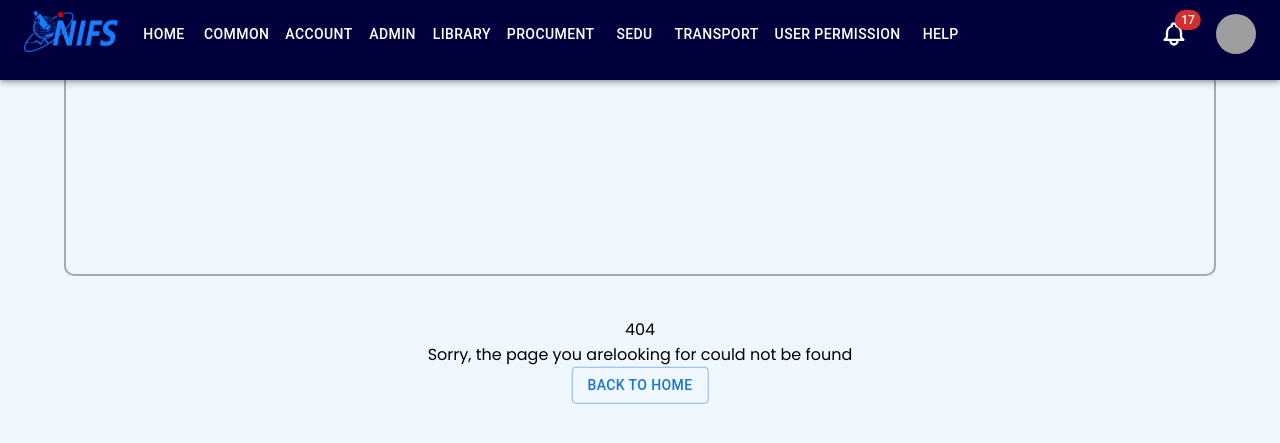
Repository: virangaj/NIFS-WebApp
Page: /error-404 (app in client/)
The author's editor kept a copy of each file at every save. The page is drawn from the files as they stood at one save, then again after the next save.
The browser window is 1280 px wide. The pictures show the whole page.
Pictures or frames that could not be fetched are drawn as grey boxes. The project was rebuilt for these pictures with package versions that can differ from the ones it lists, and the page was loaded fresh each time. Also part of the build but not shown: client/src/pages/Login.tsx, client/src/pages/Home.tsx, client/src/components/Transport/shared/TransportNavbar.js, client/src/pages/TransportMainPage.tsx, client/src/pages/CommonMainPage.tsx, client/src/pages/AccountMainPage.tsx, client/src/pages/AdminMainPage.tsx, client/src/pages/LibraryMainPage.js and 16 more.

Above is the page before, as saved 2022-07-27 20:25:39.

### client/public/index.html
<!DOCTYPE html>
<html lang="en">
	<head>
		<meta charset="utf-8" />
		<link rel="icon" href="nifs_logo.png" />
		<meta name="viewport" content="width=device-width, initial-scale=1" />
		<meta name="theme-color" content="#000000" />
		<meta
			name="description"
			content="Web site created using create-react-app"
		/>
		<link rel="apple-touch-icon" href="%PUBLIC_URL%/logo192.png" />
		<!--
      manifest.json provides metadata used when your web app is installed on a
      user's mobile device or desktop. See https://developers.google.com/web/fundamentals/web-app-manifest/
    -->
		<link rel="manifest" href="%PUBLIC_URL%/manifest.json" />
		<!--
      Notice the use of %PUBLIC_URL% in the tags above.
      It will be replaced with the URL of the `public` folder during the build.
      Only files inside the `public` folder can be referenced from the HTML.

      Unlike "/favicon.ico" or "favicon.ico", "%PUBLIC_URL%/favicon.ico" will
      work correctly both with client-side routing and a non-root public URL.
      Learn how to configure a non-root public URL by running `npm run build`.
    -->
		<link
			href="https://fonts.googleapis.com/css?family=Poppins"
			rel="stylesheet"
		/>
		<title>NIFS Dashboard</title>
	</head>
	<body>
		<noscript>You need to enable JavaScript to run this app.</noscript>
		<div id="root"></div>
		<!--
      This HTML file is a template.
      If you open it directly in the browser, you will see an empty page.

      You can add webfonts, meta tags, or analytics to this file.
      The build step will place the bundled scripts into the <body> tag.

      To begin the development, run `npm start` or `yarn start`.
      To create a production bundle, use `npm run build` or `yarn build`.
    -->
	</body>
</html>

### client/src/index.css
* {
  margin: 0;
}

body {
  font-family: 'Poppins';
  -webkit-font-smoothing: antialiased;
  -moz-osx-font-smoothing: grayscale;
  background-color: aliceblue;
}

:root {
  --main-navbar-back: #00003c;
  --nav-title-section-back: rgba(4, 70, 80, 0.616);
  --white: #fff;
  --black: #000;
  --gray: rgba(68, 68, 68, 0.432);
  --border-radius: 10px;
  --pimary: rgb(10, 94, 133);
  --warning: #ed3d63;
}


.nav-logo {
  width: 100px;
  height: auto;
}

a {
  text-decoration: none;
}


/* main navbar */
.main-navbar {
  background-color: var(--main-navbar-back) !important;
  width: 100% !important;
  height: 80px !important;

}



/* secondary navbar */
.secondary-navbar {
  margin-top: 10vh !important;
  margin: auto;
}

.nav-flex-section {
  display: flex;
  justify-content: center;
}

.nav-flex-inside {
  margin-left: 5px;
  margin-left: 5px;
}

.nav-title {
  font-size: 15px;
  text-align: center;
  color: var(--white);
  font-weight: 600;

}

.nav-title-section {
  border-radius: var(--border-radius);
  background-color: var(--nav-title-section-back);
  box-shadow: rgba(100, 100, 111, 0.2) 0px 7px 29px 0px;

}

.nav-icon {
  font-size: 30px;
}

.nav-link {
  display: flex;
  flex-direction: column;
  align-items: center;
  font-size: 15px;
  margin-left: 10px;
  margin-left: 10px;
  border: none;
  box-shadow: rgba(100, 100, 111, 0.2) 0px 7px 29px 0px;
  padding: 4px 8px 6px 8px;
  margin-bottom: 10px;
  text-align: center;
  width: 125px;
  border-radius: var(--border-radius);
  background-color: var(--white);
  outline: none;
  height: 100px;

}

.nav-link:hover {
  color: var(--pimary);
  cursor: pointer;
  box-shadow: rgba(81, 146, 177, 0.2) 0px 7px 29px 0px;
  background-color: rgb(254, 255, 205);
  border-bottom: 2px solid var(--warning);

}


.nav-link:active {
  color: var(--pimary);
  cursor: pointer;
  box-shadow: rgba(81, 146, 177, 0.2) 0px 7px 29px 0px;
  background-color: rgb(205, 248, 255);
  border-bottom: 2px solid var(--warning);
}

.nav-link-active {
  color: var(--pimary);
  cursor: pointer;
  box-shadow: rgba(81, 146, 177, 0.2) 0px 7px 29px 0px;
  background-color: rgb(205, 248, 255);
  border-bottom: 2px solid var(--warning);
}

/* body content */
.body-content {
  margin: auto;
  width: 90%;
  margin-top: 10vh;

}



/* error page */
.error-page {
  border: 2px solid var(--gray);
  border-radius: var(--border-radius);
  height: 200px;
}

.error-page-content {
  margin: 0;
  position: absolute;
  top: 50%;
  left: 50%;
  text-align: center;
  -ms-transform: translate(-50%, -50%);
  transform: translate(-50%, -50%);

}

### client/src/App.tsx
import React, { useEffect } from 'react';
import Navbar from './components/shared/Navbar';
import Login from './pages/Login'
import { BrowserRouter as Router, Route, Routes } from 'react-router-dom'
import Home from './pages/Home';
import TransportMainPage from './pages/TransportMainPage';
import CommonMainPage from './pages/CommonMainPage';
import AccountMainPage from './pages/AccountMainPage';
import AdminMainPage from './pages/AdminMainPage';
import LibraryMainPage from './pages/LibraryMainPage';
import ProcumentMainPage from './pages/ProcumentMainPage';
import SeduMainPage from './pages/SeduMainPage';
import UserPermissionMainPage from './pages/UserPermissionMainPage';
import NotificationMainPage from './pages/NotificationMainPage';
import HelpMainPage from './pages/HelpMainPage';
import ErrorPage from './pages/ErrorPage';

function App() {


  return (
    <Router>
      <Navbar />
      <Routes>

        <Route path="/login" element={<Login />} />
        <Route path="/" element={<Home />} />
        <Route path="/common/*" element={<CommonMainPage />} />
        <Route path="/account/*" element={<AccountMainPage />} />
        <Route path="/admin/*" element={<AdminMainPage />} />
        <Route path="/library/*" element={<LibraryMainPage />} />
        <Route path="/procument/*" element={<ProcumentMainPage />} />
        <Route path="/sedu/*" element={<SeduMainPage />} />
        <Route path="/transport/*" element={<TransportMainPage />} />
        <Route
          path="/user-permission/*"
          element={<UserPermissionMainPage />}
        />
        <Route
          path="/notification/*"
          element={<NotificationMainPage />}
        />
        <Route path="/help/*" element={<HelpMainPage />} />
        <Route path="/error-404" element={<ErrorPage />} />
      </Routes>


    </Router>
  );
}

export default App;

### client/src/components/shared/Navbar.tsx
import * as React from 'react';
import AppBar from '@mui/material/AppBar';
import Box from '@mui/material/Box';
import Toolbar from '@mui/material/Toolbar';
import IconButton from '@mui/material/IconButton';
import Typography from '@mui/material/Typography';
import Menu from '@mui/material/Menu';
import Container from '@mui/material/Container';
import Avatar from '@mui/material/Avatar';
import Button from '@mui/material/Button';
import Tooltip from '@mui/material/Tooltip';
import MenuItem from '@mui/material/MenuItem';
import { HiMenuAlt2, HiOutlineBell } from "react-icons/hi";
import Badge from '@mui/material/Badge';
import Logo from '../../images/nifs_logo.png'
import { Link, useLocation } from 'react-router-dom';
const pages = [
    {
        id: 0,
        title: 'Home',
        link: '/',
    },
    {
        id: 1,
        title: 'Common',
        link: '/common',
    },
    {
        id: 2,
        title: 'Account',
        link: '/account',
    },
    {
        id: 3,
        title: 'Admin',
        link: '/admin',
    },
    {
        id: 4,
        title: 'Library',
        link: '/library',
    },
    {
        id: 5,
        title: 'Procument',
        link: '/procument',
    },
    {
        id: 6,
        title: 'SEDU',
        link: '/sedu',
    },
    {
        id: 7,
        title: 'Transport',
        link: '/transport',
    },
    {
        id: 8,
        title: 'User Permission',
        link: '/user-permission',
    },
    // {
    //     id: 9,
    //     title: 'Notification',
    //     link: '/notification',
    // },
    {
        id: 10,
        title: 'Help',
        link: '/help',
    },
];
const settings = [
    {
        id: 0,
        title: 'Login',
        link: '/login',
    },
];
const Navbar = () => {

    // nav bar function and variables
    const location: any = useLocation();

    const [anchorElNav, setAnchorElNav] = React.useState<null | HTMLElement>(null);
    const [anchorElUser, setAnchorElUser] = React.useState<null | HTMLElement>(null);

    const handleOpenNavMenu = (event: React.MouseEvent<HTMLElement>) => {
        setAnchorElNav(event.currentTarget);
    };
    const handleOpenUserMenu = (event: React.MouseEvent<HTMLElement>) => {
        setAnchorElUser(event.currentTarget);
    };

    const handleCloseNavMenu = () => {
        setAnchorElNav(null);
    };

    const handleCloseUserMenu = () => {
        setAnchorElUser(null);
    };

    return (
        <AppBar position="fixed" className="main-navbar">
            <Container maxWidth="xl">
                <Toolbar disableGutters>
                    {/*Responsive view start here  */}
                    <Box sx={{ display: { xs: 'none', md: 'flex' }, mr: 1 }}>
                        <Link to='/'>
                            <img src={Logo} alt="logo" className="nav-logo" />
                        </Link>
                    </Box>


                    <Box sx={{ flexGrow: 1, display: { xs: 'flex', md: 'none' } }}>
                        <IconButton
                            size="large"
                            aria-label="account of current user"
                            aria-controls="menu-appbar"
                            aria-haspopup="true"
                            onClick={handleOpenNavMenu}
                            color="inherit"
                        >
                            <HiMenuAlt2 />
                        </IconButton>
                        <Menu
                            id="menu-appbar"
                            anchorEl={anchorElNav}
                            anchorOrigin={{
                                vertical: 'bottom',
                                horizontal: 'left',
                            }}
                            keepMounted
                            transformOrigin={{
                                vertical: 'top',
                                horizontal: 'left',
                            }}
                            open={Boolean(anchorElNav)}
                            onClose={handleCloseNavMenu}
                            sx={{
                                display: { xs: 'block', md: 'none' },
                            }}
                        >
                            {pages && pages.map((page, index) => (
                                location.pathname.split('/')[1] === page.link.split('/')[1] ?
                                    <Link to={page.link} style={{ textDecoration: 'none' }} key={index}>
                                        <Button

                                            onClick={handleCloseNavMenu}
                                            sx={{ my: 2, color: 'white', display: 'block' }}
                                            style={{ backgroundColor: '#000', color: '#fff', fontWeight: 700 }}
                                        >
                                            {page.title}
                                        </Button>
                                    </Link>
                                    :
                                    <Link to={page.link} style={{ textDecoration: 'none' }} >
                                        <Button
                                            key={page.id}
                                            onClick={handleCloseNavMenu}
                                            sx={{ my: 2, color: 'white', display: 'block' }}
                                            style={{ backgroundColor: '#fff', color: '#000' }}
                                        >
                                            {page.title}
                                        </Button>
                                    </Link>
                            ))}
                        </Menu>
                    </Box>
                    {/* Responsive view ends here */}

                    {/* Full width starts here */}
                    <Box
                        sx={{
                            mr: 2,
                            display: { xs: 'flex', md: 'none' },
                            flexGrow: 1,
                        }}
                    >
                        <Link to='/'>
                            <img src={Logo} alt="logo" className="nav-logo" />
                        </Link>
                    </Box>

                    <Box sx={{ flexGrow: 1, display: { xs: 'none', md: 'flex' } }}>
                        {pages.map((page, index) => (
                            location.pathname.split('/')[1] === page.link.split('/')[1] ?
                                <Link to={page.link} style={{ textDecoration: 'none' }} key={index}>
                                    <Button
                                        onClick={handleCloseNavMenu}
                                        sx={{ my: 2, color: 'white', display: 'block' }}
                                        style={{ backgroundColor: '#fff', color: '#000', fontWeight: 700 }}


                                    >
                                        {page.title}
                                    </Button>
                                </Link>
                                :
                                <Link to={page.link} style={{ textDecoration: 'none' }} >
                                    <Button
                                        key={page.id}
                                        onClick={handleCloseNavMenu}
                                        sx={{ my: 2, color: 'white', display: 'block' }}

                                    >
                                        {page.title}
                                    </Button>
                                </Link>
                        ))}
                    </Box>
                    <IconButton
                        size="large"
                        aria-label="show 17 new notifications"
                        color="inherit"
                        sx={{ mr: 2 }}
                    >
                        <Badge badgeContent={17} color="error">
                            <HiOutlineBell />
                        </Badge>
                    </IconButton>
                    <Box sx={{ flexGrow: 0 }}>
                        <Tooltip title="Open settings">
                            <IconButton onClick={handleOpenUserMenu} sx={{ p: 0 }}>
                                <Avatar alt="Remy Sharp" src="/static/images/avatar/2.jpg" />
                            </IconButton>
                        </Tooltip>
                        <Menu
                            sx={{ mt: '45px' }}
                            id="menu-appbar"
                            anchorEl={anchorElUser}
                            anchorOrigin={{
                                vertical: 'top',
                                horizontal: 'right',
                            }}
                            keepMounted
                            transformOrigin={{
                                vertical: 'top',
                                horizontal: 'right',
                            }}
                            open={Boolean(anchorElUser)}
                            onClose={handleCloseUserMenu}
                        >
                            {settings && settings.map((setting, index) => (
                                <MenuItem key={index} onClick={handleCloseUserMenu}>
                                    <Typography textAlign="center">{setting.title}</Typography>
                                </MenuItem>
                            ))}
                        </Menu>
                    </Box>
                </Toolbar>
            </Container>
        </AppBar>
    );
};
export default Navbar;

### client/src/pages/ErrorPage.tsx
import { Button } from '@mui/material'
import React from 'react'
import { Link } from 'react-router-dom'

function ErrorPage() {
    return (
        <div className="body-content">
            <div className='error-page'>

                <div className='error-page-content'>
                    <p>404</p>
                    <p>Sorry, the page you arelooking for could not be found</p>
                    <Link to='/'>
                        <Button variant="outlined">Back to home</Button>
                    </Link>

                </div>

            </div>
        </div>
    )
}

export default ErrorPage

Loaded but not shown: client/src/index.tsx (common file); client/src/reportWebVitals.ts (common file)

After the next save:
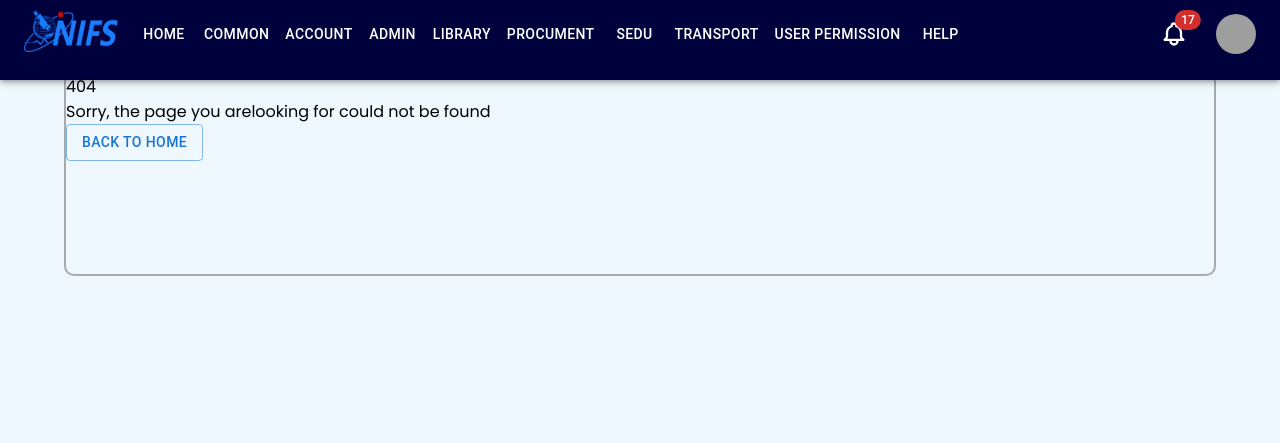
Saved 9 s later.
--- a/client/src/index.css
+++ b/client/src/index.css
@@ -139,13 +139,4 @@ a {
   height: 200px;
 }
 
-.error-page-content {
-  margin: 0;
-  position: absolute;
-  top: 50%;
-  left: 50%;
-  text-align: center;
-  -ms-transform: translate(-50%, -50%);
-  transform: translate(-50%, -50%);
-
-}
+.error-page-content {}
